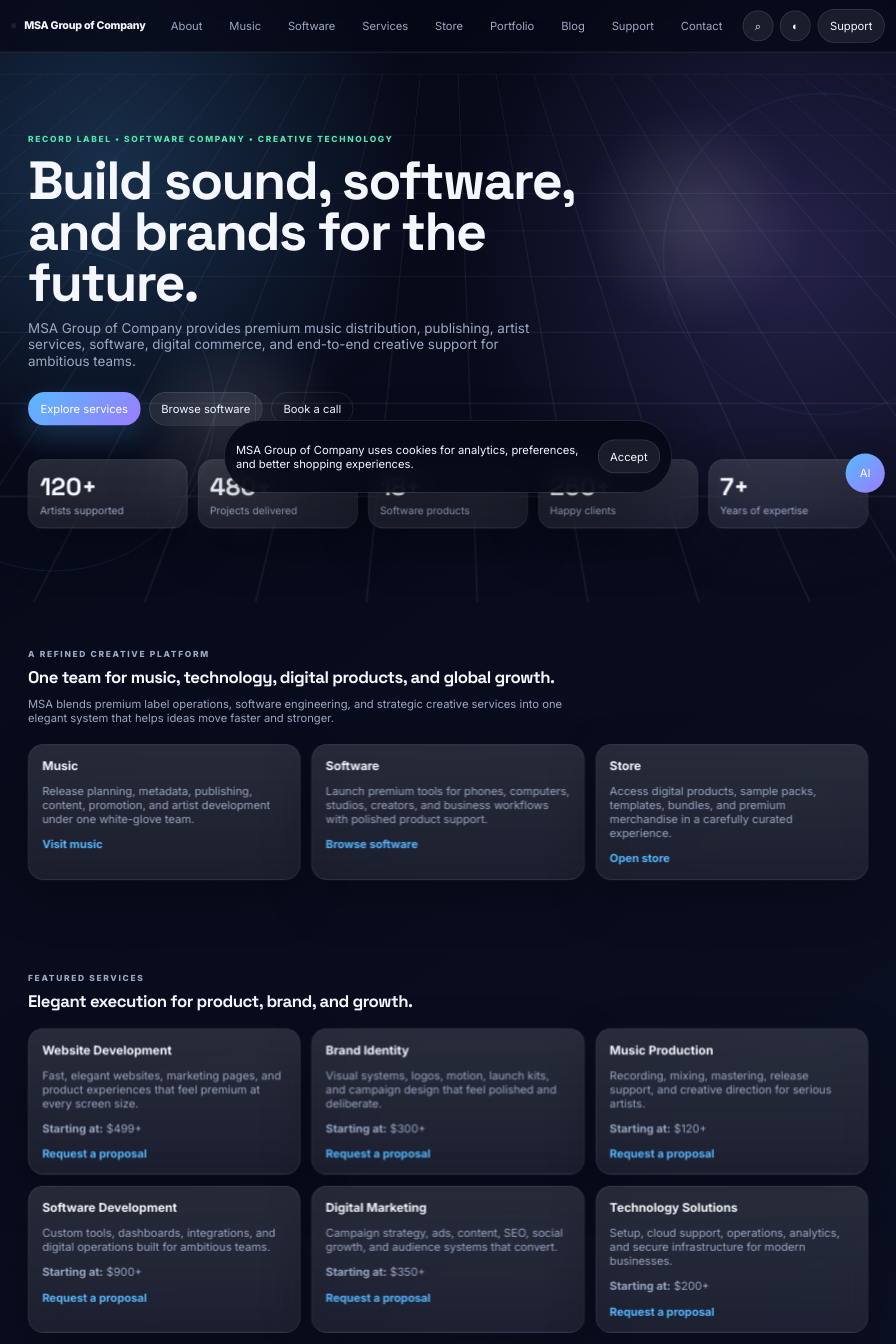
Repository: wifiasert/MSA-Group-of-Company
Page: index.html
The author's editor kept a copy of each file at every save. The page is drawn from the files as they stood at one save, then again after the next save.
The browser window is 1280 px wide. The pictures show the part of the page from y = 0 to 1920 px (the page is 2972 px tall), at 70% of full size.

Above is the page before, as saved 2026-07-10 12:12:39.

### index.html
<!doctype html>
<html lang="en">
<head>
  <meta charset="utf-8">
  <meta name="viewport" content="width=device-width, initial-scale=1">
  <title>MSA Group of Company | Premium Music, Software & Creative Technology</title>
  <meta name="description" content="MSA Group of Company delivers premium music services, software products, creative production and technology solutions for artists and modern businesses.">
  <meta name="theme-color" content="#060816">
  <meta property="og:title" content="MSA Group of Company">
  <meta property="og:description" content="A futuristic platform for music, software, design and digital growth.">
  <meta property="og:type" content="website">
  <meta property="og:image" content="/assets/og-preview.svg">
  <link rel="manifest" href="/manifest.webmanifest">
  <link rel="icon" href="/assets/favicon.svg" type="image/svg+xml">
  <link rel="preconnect" href="https://fonts.googleapis.com">
  <link rel="preconnect" href="https://fonts.gstatic.com" crossorigin>
  <link href="https://fonts.googleapis.com/css2?family=Inter:wght@400;500;600;700;800;900&family=Space+Grotesk:wght@500;600;700&display=swap" rel="stylesheet">
  <link rel="stylesheet" href="/styles.css">
</head>
<body>
  <div class="loader" id="loader"><span>MSA</span></div>
  <a class="skip-link" href="#main">Skip to content</a>
  <header class="site-header">
    <nav class="nav-shell" aria-label="Primary navigation">
      <a class="brand" href="/" aria-label="MSA Group of Company home"><img class="brand-logo" src="/images/logo%20n%20copy.jpg" alt="MSA Group of Company logo"><span class="brand-text">MSA Group of Company</span></a>
      <button class="icon-button nav-toggle" type="button" aria-label="Open navigation" aria-expanded="false">☰</button>
      <div class="nav-links" id="navLinks">
        <div class="nav-item"><a href="/about/">About</a></div>
        <div class="nav-item"><a href="/music/">Music</a><div class="submenu"><a href="/music/record-label/">Record Label</a><a href="/music/distribution/">Distribution</a><a href="/music/publishing/">Publishing</a><a href="/music/artist-services/">Artist Services</a></div></div>
        <div class="nav-item"><a href="/software/">Software</a><div class="submenu"><a href="/software/available/">Available</a><a href="/software/store/">Store</a><a href="/software/coming-soon/">Coming Soon</a></div></div>
        <div class="nav-item"><a href="/services/">Services</a></div>
        <div class="nav-item"><a href="/store/">Store</a></div>
        <div class="nav-item"><a href="/portfolio/">Portfolio</a></div>
        <div class="nav-item"><a href="/blog/">Blog</a></div>
        <div class="nav-item"><a href="/support/">Support</a></div>
        <div class="nav-item"><a href="/contact/">Contact</a></div>
      </div>
      <div class="nav-actions"><button class="icon-button" id="searchOpen" type="button" aria-label="Open search">⌕</button><button class="icon-button" id="themeToggle" type="button" aria-label="Toggle theme">◐</button><a class="pill-button" href="/support/">Support</a></div>
    </nav>
  </header>
  <main id="main">
    <section class="hero">
      <div class="hero-background" aria-hidden="true"><div class="grid-plane"></div><div class="signal signal-a"></div><div class="signal signal-b"></div><div class="orb orb-a"></div><div class="orb orb-b"></div></div>
      <div class="hero-content">
        <p class="eyebrow">Record label • Software company • Creative technology</p>
        <h1>Build sound, software, and brands for the future.</h1>
        <p class="hero-copy">MSA Group of Company provides premium music distribution, publishing, artist services, software, digital commerce, and end-to-end creative support for ambitious teams.</p>
        <div class="hero-actions"><a class="primary-button" href="/services/">Explore services</a><a class="secondary-button" href="/software/">Browse software</a><a class="ghost-button" href="/contact/">Book a call</a></div>
        <div class="counter-grid" aria-label="Company statistics"><div class="glass-panel"><strong data-count="120">0</strong><span>Artists supported</span></div><div class="glass-panel"><strong data-count="480">0</strong><span>Projects delivered</span></div><div class="glass-panel"><strong data-count="18">0</strong><span>Software products</span></div><div class="glass-panel"><strong data-count="260">0</strong><span>Happy clients</span></div><div class="glass-panel"><strong data-count="7">0</strong><span>Years of expertise</span></div></div>
      </div>
    </section>
    <section class="section reveal">
      <div class="section-heading"><p class="eyebrow">A refined creative platform</p><h2>One team for music, technology, digital products, and global growth.</h2><p>MSA blends premium label operations, software engineering, and strategic creative services into one elegant system that helps ideas move faster and stronger.</p></div>
      <div class="card-grid"><article class="glass-card"><h3>Music</h3><p>Release planning, metadata, publishing, content, promotion, and artist development under one white-glove team.</p><a class="inline-link" href="/music/">Visit music</a></article><article class="glass-card"><h3>Software</h3><p>Launch premium tools for phones, computers, studios, creators, and business workflows with polished product support.</p><a class="inline-link" href="/software/">Browse software</a></article><article class="glass-card"><h3>Store</h3><p>Access digital products, sample packs, templates, bundles, and premium merchandise in a carefully curated experience.</p><a class="inline-link" href="/store/">Open store</a></article></div>
    </section>
    <section class="section reveal"><div class="section-heading"><p class="eyebrow">Featured services</p><h2>Elegant execution for product, brand, and growth.</h2></div><div class="card-grid" id="serviceGrid"></div></section>
    <section class="section reveal"><div class="section-heading"><p class="eyebrow">Software launchpad</p><h2>Premium tools that feel polished from first install to daily use.</h2></div><div class="card-grid" id="softwareGrid"></div></section>
    <section class="section reveal"><div class="section-heading"><p class="eyebrow">Client experience</p><h2>Everything you need to submit, shop, manage, and grow in one place.</h2></div><div class="content-grid"><article class="glass-card"><h3>Submit music</h3><p>Share your next release with a professional team that understands global rollout, branding, and audience growth.</p><a class="secondary-button" href="/music/artist-services/">Join the label</a></article><article class="glass-card"><h3>Get support faster</h3><p>Reach the team for orders, subscriptions, downloads, and account questions without leaving the main experience.</p><a class="secondary-button" href="/support/">Visit support</a></article><article class="glass-card"><h3>Stay in the loop</h3><p>Read product updates, music insights, and creative strategy pieces from the MSA editorial desk.</p><a class="secondary-button" href="/blog/">Read blog</a></article></div></section>
  </main>
  <footer class="site-footer">
    <div><a class="brand" href="/" aria-label="MSA Group of Company home"><img class="brand-logo" src="/images/logo%20n%20copy.jpg" alt="MSA Group of Company logo"><span class="brand-text">MSA Group of Company</span></a><p>Music, software, creative production, digital commerce, and technology solutions.</p></div>
    <form class="newsletter" data-form="newsletter"><label>Newsletter<input required type="email" placeholder="Email address"></label><button class="secondary-button" type="submit">Subscribe</button></form>
  </footer>
  <dialog class="modal" id="searchModal"><button class="icon-button close-modal" data-close type="button">×</button><h2>Search MSA Group of Company</h2><input id="siteSearch" placeholder="Search services, products, support, blog..."><div id="searchResults" class="search-results"></div></dialog>
  <div class="chatbot" id="chatbot"><button class="chat-toggle" id="chatToggle" type="button">AI</button><div class="chat-window" aria-live="polite"><strong>MSA AI Support</strong><div id="chatLog"><p>Ask about software, music submissions, orders, or services.</p></div><form id="chatForm"><input id="chatInput" placeholder="Type a question..."><button type="submit">Send</button></form></div></div>
  <div class="cookie" id="cookieBanner"><p>MSA Group of Company uses cookies for analytics, preferences, and better shopping experiences.</p><button class="secondary-button" id="cookieAccept" type="button">Accept</button></div>
  <div class="toast" id="toast" role="status" aria-live="polite"></div>
  <script src="/app.js"></script>
</body>
</html>

### styles.css
:root {
  color-scheme: dark;
  --bg: #060816;
  --bg-2: #0c1327;
  --panel: rgba(255,255,255,.08);
  --panel-strong: rgba(255,255,255,.13);
  --line: rgba(255,255,255,.14);
  --text: #f5f7ff;
  --muted: #9ca8c2;
  --accent: #58b8ff;
  --accent-2: #9b7cff;
  --accent-3: #ff57c4;
  --good: #4fe6b0;
  --shadow: 0 25px 70px rgba(0,0,0,.28);
  --radius: 22px;
  font-family: Inter, ui-sans-serif, system-ui, -apple-system, BlinkMacSystemFont, "Segoe UI", sans-serif;
}
body.light {
  color-scheme: light;
  --bg: #f4f7ff;
  --bg-2: #ffffff;
  --panel: rgba(6,13,31,.06);
  --panel-strong: rgba(6,13,31,.1);
  --line: rgba(6,13,31,.12);
  --text: #07111f;
  --muted: #536274;
  --shadow: 0 24px 70px rgba(11,24,49,.12);
}
* { box-sizing: border-box; }
html { scroll-behavior: smooth; }
body {
  margin: 0;
  min-height: 100vh;
  color: var(--text);
  background:
    radial-gradient(circle at 12% 8%, rgba(88,184,255,.22), transparent 28rem),
    radial-gradient(circle at 88% 12%, rgba(155,124,255,.20), transparent 30rem),
    linear-gradient(145deg, var(--bg), var(--bg-2));
  line-height: 1.6;
}
body, button, input, textarea { font: inherit; }
a { color: inherit; text-decoration: none; }
button { cursor: pointer; }
img { max-width: 100%; display: block; height: auto; }
main { overflow-x: hidden; }
body { overflow-x: hidden; }
:focus-visible { outline: 2px solid var(--accent); outline-offset: 3px; }
.skip-link {
  position: fixed; left: 1rem; top: -4rem; z-index: 200; background: linear-gradient(135deg, var(--accent), var(--accent-2));
  color: white; padding: .75rem 1rem; border-radius: 999px; transition: top .2s ease;
}
.skip-link:focus { top: 1rem; }
.loader {
  position: fixed; inset: 0; z-index: 1000; display: grid; place-items: center; background: rgba(6,8,22,.96); backdrop-filter: blur(18px);
  transition: opacity .45s ease, visibility .45s ease;
}
.loader.hidden { opacity: 0; visibility: hidden; }
.loader span {
  font-family: "Space Grotesk", sans-serif; font-size: clamp(2.2rem, 6vw, 4rem); font-weight: 700;
  background: linear-gradient(135deg, var(--accent), var(--accent-2), var(--accent-3));
  -webkit-background-clip: text; color: transparent;
}
.site-header {
  position: sticky; top: 0; z-index: 200; backdrop-filter: blur(22px); background: rgba(6,8,22,.7); border-bottom: 1px solid var(--line);
}
body.light .site-header { background: rgba(244,247,255,.78); }
.nav-shell {
  width: min(1280px, calc(100% - 2rem)); min-height: 74px; margin: 0 auto; display: flex; align-items: center; gap: 1rem;
}
.brand {
  display: inline-flex; align-items: center; gap: .72rem; font-weight: 800; letter-spacing: -.02em; white-space: nowrap;
}
.brand-logo {
  width: 3px; height: 3px; object-fit: contain; border-radius: 12px; padding: .22rem; background: rgba(255,255,255,.08); box-shadow: 0 10px 24px rgba(88,184,255,.16);
}
.brand-text { line-height: 1.1; font-size: .95rem; }
.nav-links { display: flex; align-items: center; gap: .8rem; margin-left: auto; flex-wrap: wrap; }
.nav-item { position: relative; }
.nav-item > a, .submenu a { display: inline-flex; align-items: center; padding: .65rem .8rem; border-radius: 999px; color: var(--muted); transition: background .2s ease, color .2s ease; }
.nav-item:hover > a, .nav-item:focus-within > a, .submenu a:hover { background: rgba(255,255,255,.08); color: var(--text); }
.submenu {
  position: absolute; top: calc(100% + .45rem); left: 0; display: grid; gap: .25rem; min-width: 180px; padding: .55rem; border: 1px solid var(--line);
  border-radius: 18px; background: rgba(6,8,22,.9); box-shadow: var(--shadow); backdrop-filter: blur(18px); opacity: 0; visibility: hidden; transform: translateY(8px);
  transition: all .2s ease;
}
.nav-item:hover .submenu, .nav-item:focus-within .submenu { opacity: 1; visibility: visible; transform: translateY(0); }
.nav-actions { display: flex; align-items: center; gap: .6rem; }
.icon-button, .pill-button, .secondary-button, .primary-button, .ghost-button, .tab, .chip {
  border: 1px solid var(--line); border-radius: 999px; background: var(--panel); color: var(--text); transition: transform .2s ease, background .2s ease, border-color .2s ease;
}
.icon-button:hover, .pill-button:hover, .secondary-button:hover, .primary-button:hover, .ghost-button:hover, .tab:hover, .chip:hover { transform: translateY(-1px); }
.icon-button { width: 44px; height: 44px; display: grid; place-items: center; }
.pill-button, .secondary-button, .primary-button, .ghost-button { display: inline-flex; align-items: center; justify-content: center; gap: .5rem; min-height: 48px; padding: .8rem 1.05rem; }
.primary-button { background: linear-gradient(135deg, var(--accent), var(--accent-2)); color: white; border-color: transparent; box-shadow: 0 16px 40px rgba(88,184,255,.2); }
.secondary-button { background: rgba(255,255,255,.08); }
.ghost-button { background: transparent; }
.nav-toggle { display: none; }
.hero { position: relative; isolation: isolate; min-height: calc(100vh - 74px); display: grid; align-items: center; padding: 4rem 0; }
.hero-background {
  position: absolute; inset: 0; z-index: -1; overflow: hidden; opacity: .95;
}
.grid-plane {
  position: absolute; inset: 4% -8% -12%; background-image: linear-gradient(var(--line) 1px, transparent 1px), linear-gradient(90deg, var(--line) 1px, transparent 1px);
  background-size: 54px 54px; transform: perspective(800px) rotateX(64deg); transform-origin: top; opacity: .45;
}
.signal, .orb {
  position: absolute; border-radius: 50%; filter: blur(.2px);
}
.signal { width: 36vw; aspect-ratio: 1; border: 1px solid rgba(88,184,255,.19); }
.signal-a { right: -10vw; top: 8vh; }
.signal-b { left: -12vw; bottom: 6vh; }
.orb { width: 20rem; height: 20rem; background: radial-gradient(circle, rgba(255,255,255,.16), transparent 70%); filter: blur(30px); }
.orb-a { top: 10%; right: 10%; }
.orb-b { bottom: 10%; left: 14%; }
.hero-content, .section, .site-footer { width: min(1200px, calc(100% - 2rem)); margin: 0 auto; }
.hero-content { padding: 3rem 0 2.5rem; }
.hero h1, .page-hero h1, .section h2 { font-family: "Space Grotesk", sans-serif; line-height: .95; margin: 0 0 1rem; letter-spacing: -.03em; }
.hero h1 { font-size: clamp(2.8rem, 6vw, 5.7rem); max-width: 900px; }
.page-hero { padding: 4rem 0 2rem; }
.page-hero h1 { font-size: clamp(2.2rem, 4.8vw, 3.2rem); }
.eyebrow {
  display: inline-flex; margin: 0 0 .95rem; color: var(--good); text-transform: uppercase; letter-spacing: .2em; font-weight: 800; font-size: .75rem;
}
.hero-copy, .section p, .glass-card p, .detail-card p, .table-card p, .form-card p, .stack p { color: var(--muted); }
.hero-copy { max-width: 760px; font-size: clamp(1.02rem, 2.1vw, 1.2rem); margin: 0; }
.hero-actions { display: flex; flex-wrap: wrap; gap: .75rem; margin-top: 2rem; }
.counter-grid { display: grid; grid-template-columns: repeat(5, minmax(0, 1fr)); gap: .9rem; margin-top: 3rem; }
.glass-panel, .glass-card, .detail-card, .table-card, .form-card, .stack { border: 1px solid var(--line); background: linear-gradient(180deg, var(--panel-strong), var(--panel)); backdrop-filter: blur(20px); border-radius: var(--radius); box-shadow: var(--shadow); }
.glass-panel { padding: 1rem; }
.counter-grid strong { display: block; font-size: clamp(1.5rem, 2.8vw, 2.2rem); font-family: "Space Grotesk", sans-serif; }
.counter-grid span { color: var(--muted); font-size: .92rem; }
.section { padding: 4rem 0; }
.section-heading { max-width: 820px; margin-bottom: 1.7rem; }
.card-grid, .content-grid, .detail-grid, .hero-grid { display: grid; gap: 1rem; }
.card-grid { grid-template-columns: repeat(3, minmax(0, 1fr)); }
.content-grid { grid-template-columns: repeat(3, minmax(0, 1fr)); }
.detail-grid { grid-template-columns: repeat(2, minmax(0, 1fr)); }
.hero-grid { grid-template-columns: 1.2fr .8fr; align-items: start; }
.glass-card, .detail-card, .form-card, .stack { padding: 1.2rem; }
.glass-card h3, .detail-card h3, .table-card h3, .form-card h3, .stack h3 { margin: 0 0 .45rem; font-size: 1.08rem; }
.inline-link { color: var(--accent); font-weight: 700; }
.list-stack { display: grid; gap: .7rem; margin-top: .7rem; }
.list-stack div { display: flex; justify-content: space-between; gap: 1rem; padding-bottom: .6rem; border-bottom: 1px solid var(--line); }
.form-grid { display: grid; grid-template-columns: repeat(2, minmax(0, 1fr)); gap: 1rem; }
.full { grid-column: 1 / -1; }
label { display: grid; gap: .45rem; color: var(--muted); font-size: .92rem; font-weight: 700; }
input, textarea, select { width: 100%; border: 1px solid var(--line); border-radius: 16px; background: rgba(255,255,255,.06); color: var(--text); padding: .85rem .95rem; outline: none; }
body.light input, body.light textarea, body.light select { background: rgba(255,255,255,.82); }
input:focus, textarea:focus, select:focus { border-color: var(--accent); }
.table-card { padding: 0; overflow: hidden; }
.table-card table { width: 100%; border-collapse: collapse; }
.table-card th, .table-card td { padding: .95rem 1rem; text-align: left; border-bottom: 1px solid var(--line); }
.table-card th { color: var(--muted); font-size: .8rem; text-transform: uppercase; letter-spacing: .16em; }
.table-card tbody tr:hover { background: rgba(255,255,255,.05); }
.chip { display: inline-flex; padding: .35rem .7rem; font-size: .8rem; color: var(--good); background: rgba(79,230,176,.12); }
.site-footer { display: flex; justify-content: space-between; gap: 1rem; padding: 2rem 0 3rem; align-items: center; }
.newsletter { display: flex; gap: .7rem; align-items: center; }
.newsletter input { min-width: 280px; }
.modal {
  width: min(720px, calc(100% - 2rem)); padding: 1.2rem; border: 1px solid var(--line); border-radius: 24px; background: rgba(6,8,22,.95); color: var(--text); box-shadow: var(--shadow);
}
body.light .modal { background: rgba(244,247,255,.96); }
.modal::backdrop { background: rgba(3,5,12,.72); backdrop-filter: blur(8px); }
.close-modal { position: absolute; top: 1rem; right: 1rem; }
.modal h2 { margin-top: .4rem; }
.search-results { display: grid; gap: .65rem; margin-top: 1rem; }
.search-results a { display: block; padding: .8rem .9rem; border: 1px solid var(--line); border-radius: 16px; background: rgba(255,255,255,.06); }
.chatbot { position: fixed; right: 1rem; bottom: 1rem; z-index: 250; }
.chat-toggle { width: 56px; height: 56px; border: 0; border-radius: 50%; background: linear-gradient(135deg, var(--accent), var(--accent-2)); color: white; box-shadow: var(--shadow); }
.chat-window { display: none; width: min(320px, calc(100vw - 2rem)); padding: 1rem; border: 1px solid var(--line); border-radius: 20px; background: rgba(6,8,22,.95); box-shadow: var(--shadow); margin-bottom: .7rem; }
.chatbot.open .chat-window { display: block; }
#chatLog { display: grid; gap: .6rem; margin: 1rem 0; font-size: .92rem; }
.cookie { position: fixed; left: 50%; bottom: 1rem; transform: translateX(-50%); z-index: 240; display: flex; gap: 1rem; align-items: center; padding: .95rem 1rem; border: 1px solid var(--line); border-radius: 999px; background: rgba(6,8,22,.9); backdrop-filter: blur(18px); box-shadow: var(--shadow); }
.cookie.hidden { display: none; }
.toast {
  position: fixed; left: 50%; bottom: 7rem; transform: translateX(-50%) translateY(12px); opacity: 0; visibility: hidden; padding: .8rem 1rem; border-radius: 999px;
  background: rgba(6,8,22,.92); border: 1px solid var(--line); transition: all .2s ease; z-index: 260;
}
.toast.show { opacity: 1; visibility: visible; transform: translateX(-50%) translateY(0); }
.reveal { opacity: 0; transform: translateY(18px); transition: opacity .55s ease, transform .55s ease; }
.reveal.visible { opacity: 1; transform: translateY(0); }
@media (max-width: 1024px) {
  .counter-grid { grid-template-columns: repeat(3, minmax(0, 1fr)); }
  .hero-grid, .detail-grid { grid-template-columns: 1fr; }
}
@media (max-width: 980px) {
  .card-grid, .content-grid, .detail-grid, .hero-grid, .counter-grid { grid-template-columns: 1fr 1fr; }
  .site-footer, .newsletter { flex-direction: column; align-items: flex-start; }
}
@media (max-width: 760px) {
  .nav-shell { width: min(1280px, calc(100% - 1.25rem)); min-height: auto; padding: .7rem 0; }
  .nav-toggle { display: inline-flex; margin-left: auto; }
  .nav-links {
    position: fixed; inset: 76px 1rem auto 1rem; display: none; padding: 1rem; border: 1px solid var(--line); border-radius: 24px; background: rgba(6,8,22,.96); backdrop-filter: blur(24px); z-index: 210; max-height: calc(100dvh - 90px); overflow-y: auto;
  }
  .nav-links.open { display: grid; }
  .nav-item > a, .submenu a { padding: .75rem .85rem; }
  .nav-item:hover .submenu, .nav-item:focus-within .submenu { position: static; display: grid; opacity: 1; visibility: visible; transform: none; margin: .25rem 0 0 .4rem; }
  .nav-actions { margin-left: auto; }
  .hero { min-height: auto; padding: 2rem 0 1.25rem; }
  .hero-content, .section, .site-footer { width: min(100%, calc(100% - 1.25rem)); }
  .hero h1 { font-size: clamp(2.3rem, 10vw, 3.3rem); }
  .hero-copy { font-size: 1rem; }
  .hero-actions { flex-direction: column; align-items: flex-start; }
  .card-grid, .content-grid, .detail-grid, .hero-grid, .counter-grid, .form-grid { grid-template-columns: 1fr; }
  .glass-card, .glass-panel, .detail-card, .table-card, .form-card, .stack { padding: 1rem; border-radius: 20px; }
  .site-footer { padding-bottom: 6rem; }
  .cookie { left: .75rem; right: .75rem; bottom: .75rem; transform: none; border-radius: 24px; flex-wrap: wrap; }
  .newsletter input { min-width: 0; width: 100%; }
  .chatbot { right: .75rem; bottom: .75rem; }
}
@media (max-width: 480px) {
  .brand { gap: .55rem; }
  .brand-logo { width: 38px; height: 38px; }
  .nav-actions .icon-button:nth-child(2) { display: none; }
  .hero-actions .primary-button, .hero-actions .secondary-button, .hero-actions .ghost-button { width: 100%; }
  .counter-grid { grid-template-columns: 1fr; }
}

Loaded but not shown: app.js (171 lines, source omitted)

After the next save:
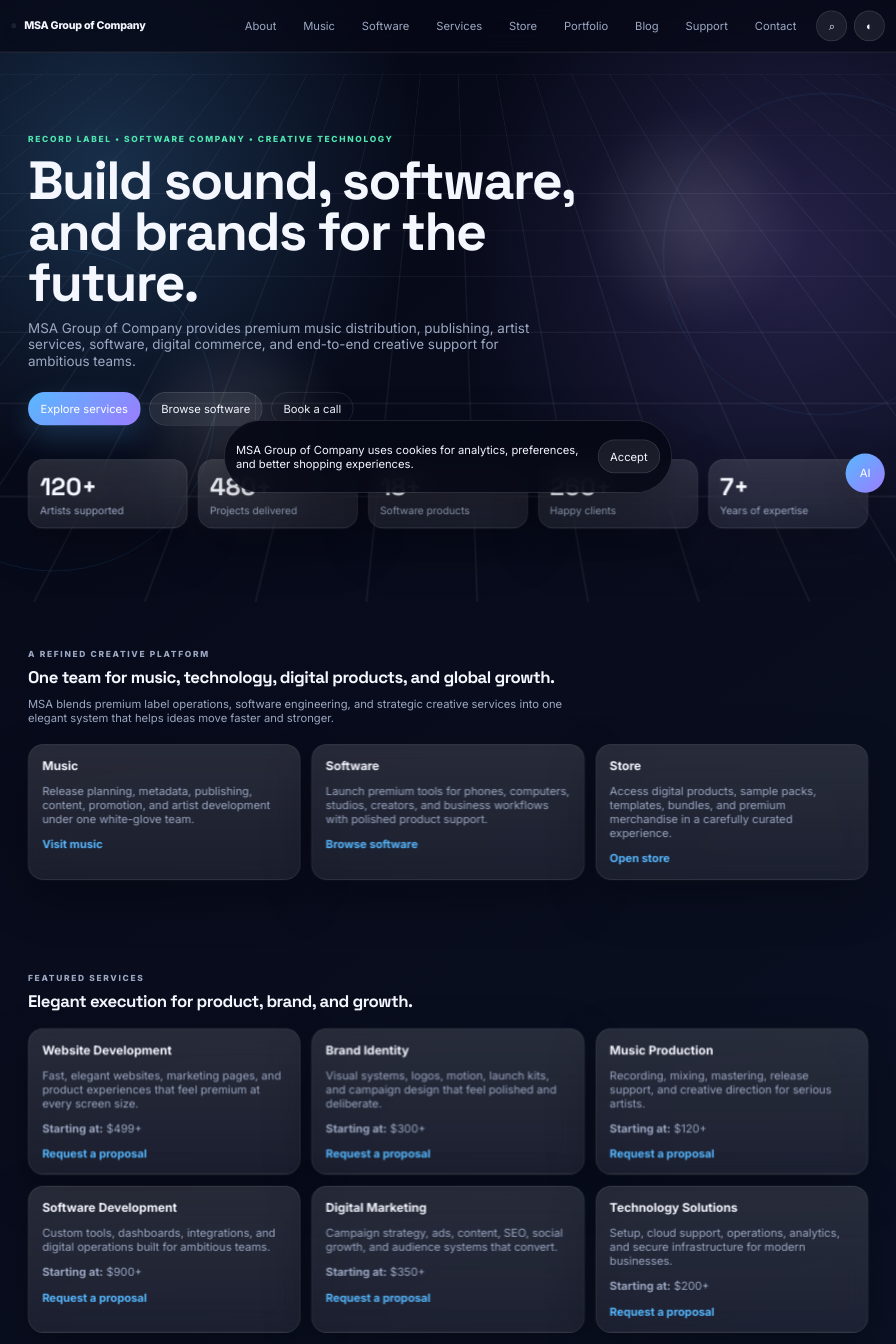
Saved 33 s later.
--- a/index.html
+++ b/index.html
@@ -18,7 +18,7 @@
   <link rel="stylesheet" href="/styles.css">
 </head>
 <body>
-  <div class="loader" id="loader"><span>MSA</span></div>
+  <div class="loader" id="loader"><span></span></div>
   <a class="skip-link" href="#main">Skip to content</a>
   <header class="site-header">
     <nav class="nav-shell" aria-label="Primary navigation">
@@ -35,7 +35,7 @@
         <div class="nav-item"><a href="/support/">Support</a></div>
         <div class="nav-item"><a href="/contact/">Contact</a></div>
       </div>
-      <div class="nav-actions"><button class="icon-button" id="searchOpen" type="button" aria-label="Open search">⌕</button><button class="icon-button" id="themeToggle" type="button" aria-label="Toggle theme">◐</button><a class="pill-button" href="/support/">Support</a></div>
+      <div class="nav-actions"><button class="icon-button" id="searchOpen" type="button" aria-label="Open search">⌕</button><button class="icon-button" id="themeToggle" type="button" aria-label="Toggle theme">◐</button></div>
     </nav>
   </header>
   <main id="main">
